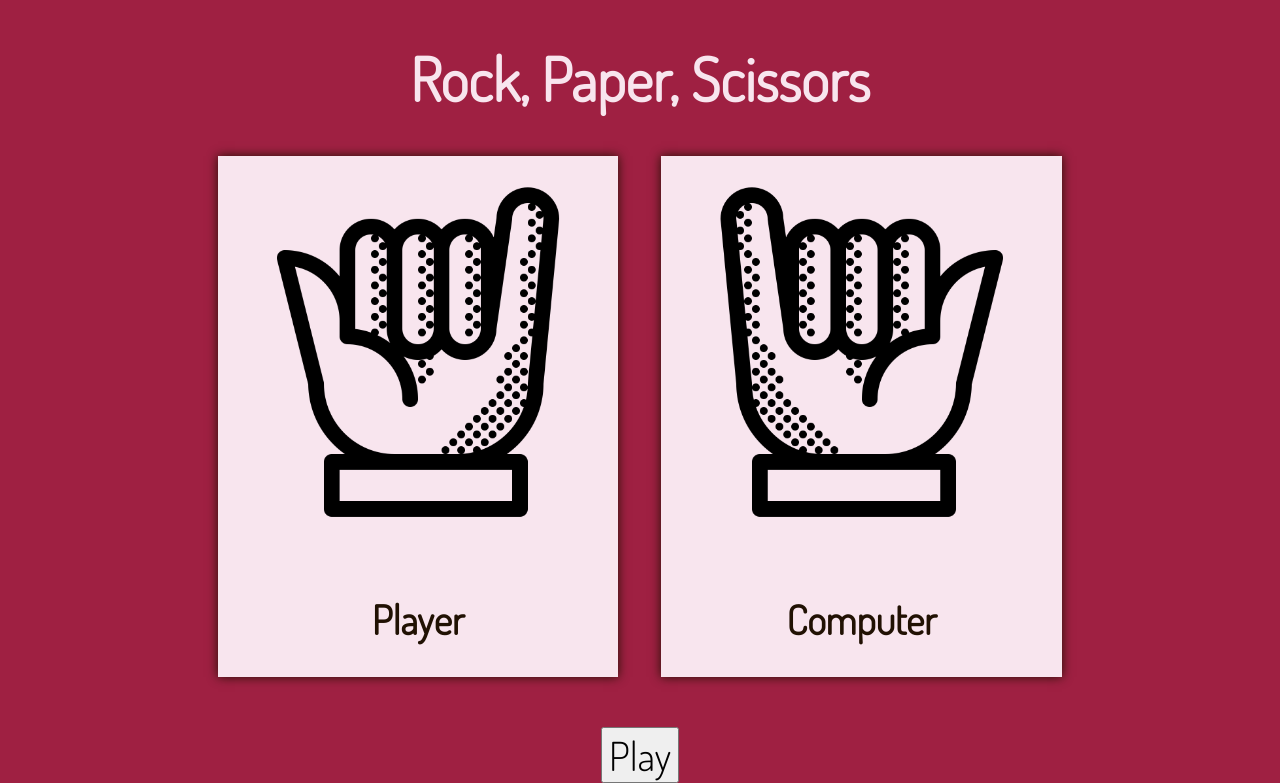
Repository: shayanabedi98/rock-paper-scissors
Page: index.html
These files come from the project's save history. The page is drawn as it stood at one moment and after the next save; the edit follows.
The browser window is 1280 px wide. The pictures show the whole page.

Above is the page before, as saved 2023-07-13 19:42:27.

After the next save:
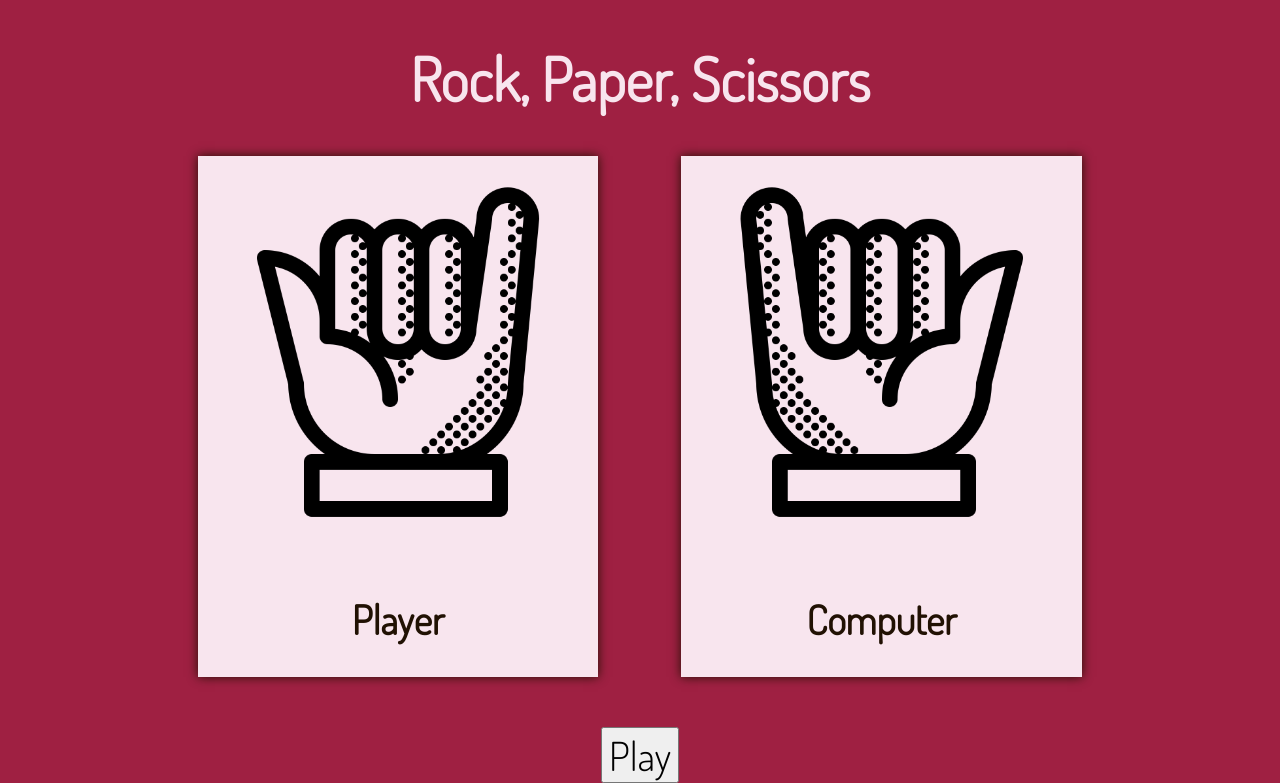
Saved 4 s later.
--- a/styles.css
+++ b/styles.css
@@ -23,7 +23,7 @@ h1 {
     display: inline-block;
     background-color: #F8E5EE;
     box-shadow: 0 0 10px 0 #211103;
-    margin: 0 20px;
+    margin: 0 40px;
 }
 
 .card img {
